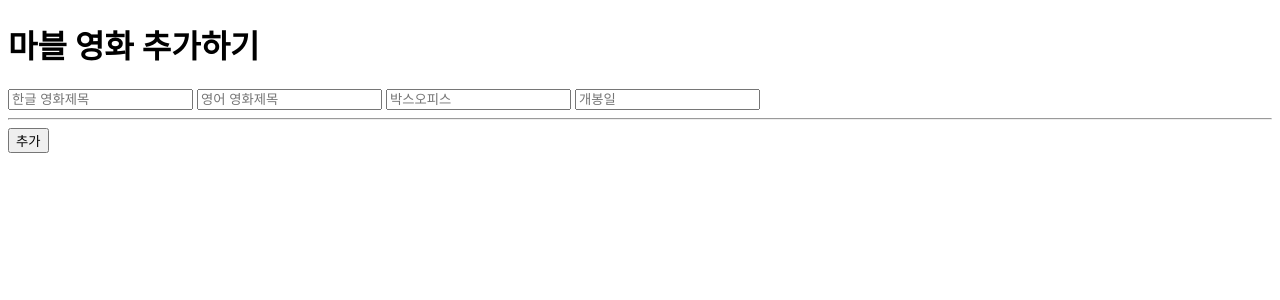
Repository: tkdwns0016/WebEclipse
Page: http://localhost/jsp06_ex/Marble2/input.jsp
These files come from the project's save history. The page is drawn as it stood at one moment and after a run of saves; the edit follows.
The browser window is 1280 px wide. The pictures show the whole page.
The page is served by Tomcat 9.

Above is the page before, as saved 2021-05-24 01:06:22.

After the next 2 saves:
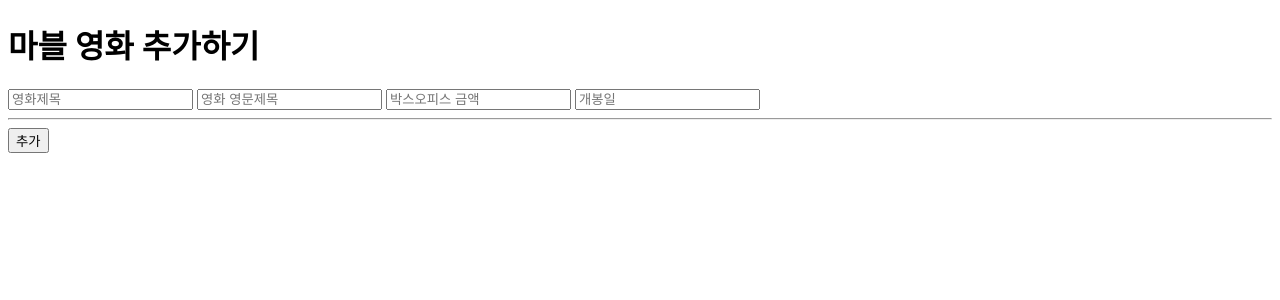
The 2 saves are shown as one change because they came seconds apart.
The last was saved 45 s later.
--- a/jsp06_ex/WebContent/Marble2/input.jsp
+++ b/jsp06_ex/WebContent/Marble2/input.jsp
@@ -10,9 +10,9 @@
 <h1>마블 영화 추가하기</h1>
 <%-- 영화 한글제목, 영화 영문제목, 박스오피스, 개봉일을 입력받는다 --%>
 	<form action="process.jsp">
-	<input type="text" name="title" placeholder="한글 영화제목">
-	<input type="text" name="engTitle" placeholder="영어 영화제목">
-	<input type="text" name="world" placeholder="박스오피스">
+	<input type="text" name="title" placeholder="영화제목">
+	<input type="text" name="titleEng" placeholder="영화 영문제목">
+	<input type="text" name="boxOffice" placeholder="박스오피스 금액">
 	<input type="text" name="launch" placeholder="개봉일">
 	<hr>
 	<input type="submit" value="추가">
